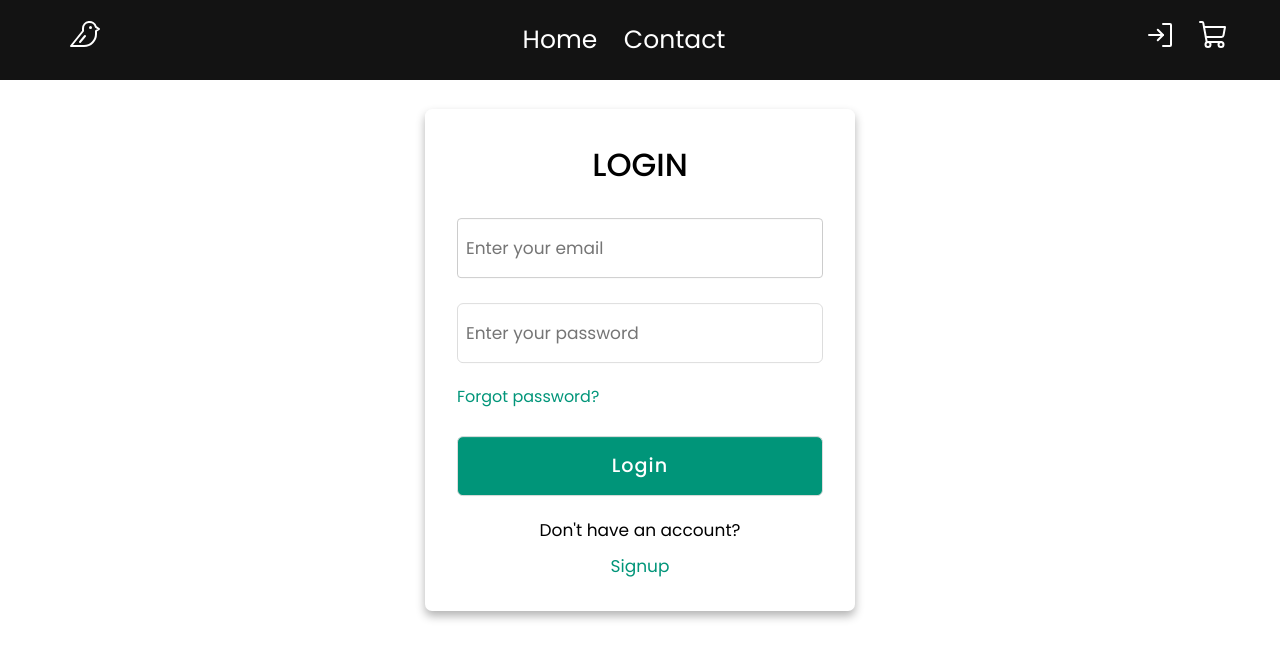
Repository: hoangdanh2/swp301
Page: /register
An editor plug-in stored every save of this project. The page is shown before and after the next save, followed by the edit.
The browser window is 1280 px wide. The pictures show the whole page.
The project was rebuilt for these pictures with package versions that can differ from the ones it lists, and the page was loaded fresh each time. Also part of the build but not shown: src/pages/shop/product.jsx, src/pages/shop/shop.css, src/pages/shop/shop.jsx, src/pages/contact/contact.jsx, src/pages/cart/cart-item.jsx, src/pages/cart/cart.css, src/pages/cart/cart.jsx.

Above is the page before, as saved 2023-05-29 10:25:42.

After the next save:
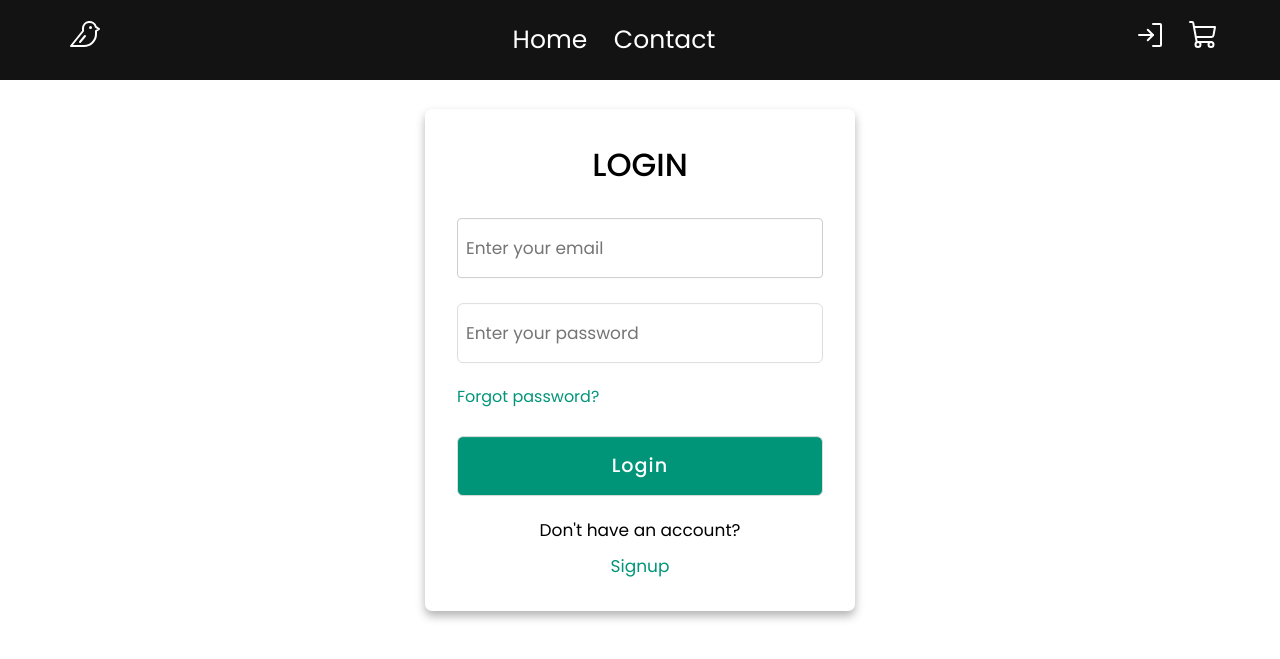
Saved 20 s later.
--- a/src/components/navbar.css
+++ b/src/components/navbar.css
@@ -19,6 +19,10 @@
     margin-left: 50px;
 }
 
+.end {
+    padding: 0 10px;
+}
+
 .links a {
     text-decoration: none;
     color: white;
